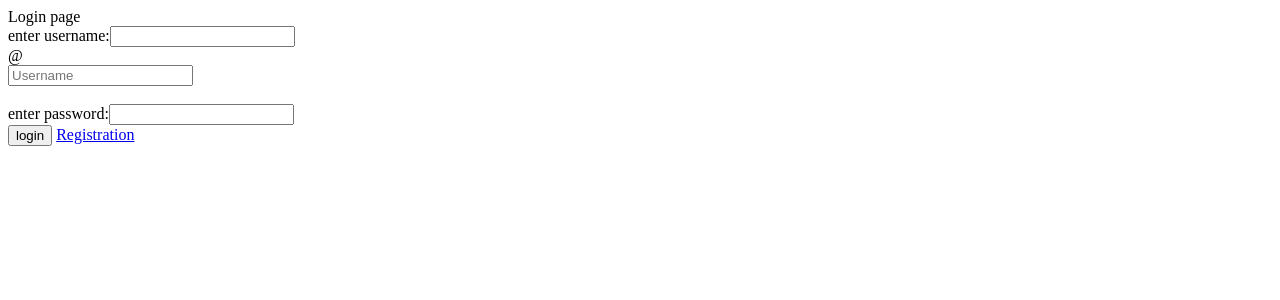
Repository: vishnushelke/LoginPage
Page: http://localhost/MyLoginPage/Login.jsp
An editor plug-in stored every save of this project. The page is shown before and after the next save, followed by the edit.
The browser window is 1280 px wide. The pictures show the whole page.
The page is served by Tomcat 9. Other server files are loaded and not shown.

Above is the page before, as saved 2019-10-10 05:48:21.

### MyLoginPage/WebContent/Login.jsp
<%@ page language="java" contentType="text/html; charset=UTF-8"
    pageEncoding="UTF-8"%>
<!DOCTYPE html>
<html>
<head>
<meta charset="UTF-8">
<title>Insert title here</title>
</head>
<body>
<form action="login" method="post">
Login page<br>
enter username:<input type="text" name="username">
<div class="input-group mb-3">
  <div class="input-group-prepend">
    <span class="input-group-text" id="basic-addon1">@</span>
  </div>
  <input type="text" class="form-control" placeholder="Username" aria-label="Username" aria-describedby="basic-addon1">
</div>
<br>
enter password:<input type="password" name="password"><br>
<input type="submit" value="login"> <a href="register.jsp">Registration</a>

</form>
</body>


</html>

After the next save:
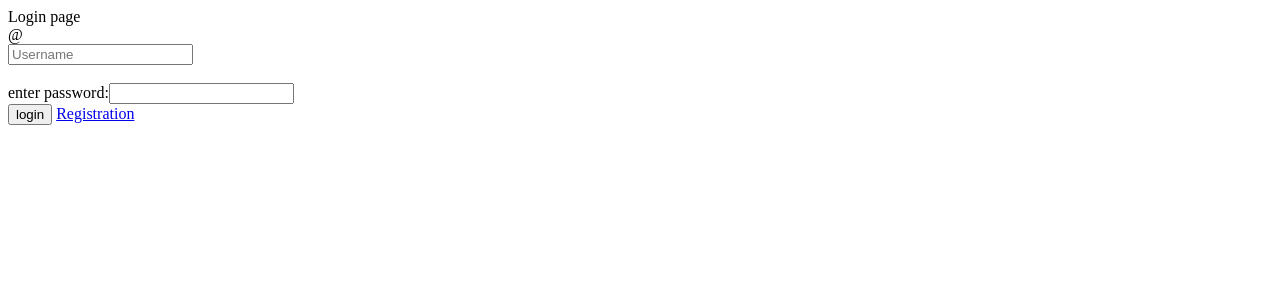
Saved 18 s later.
--- a/MyLoginPage/WebContent/Login.jsp
+++ b/MyLoginPage/WebContent/Login.jsp
@@ -9,7 +9,6 @@
 <body>
 <form action="login" method="post">
 Login page<br>
-enter username:<input type="text" name="username">
 <div class="input-group mb-3">
   <div class="input-group-prepend">
     <span class="input-group-text" id="basic-addon1">@</span>
